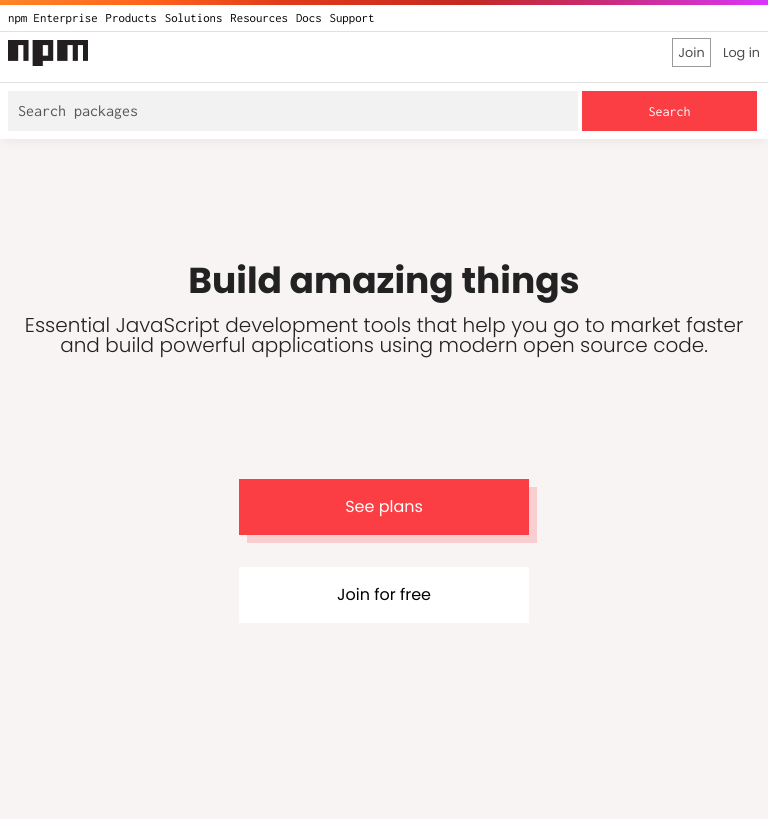
Repository: MarilynCuore/Ejercicico4
Page: index.html
An editor plug-in stored every save of this project. The page is shown before and after the next save, followed by the edit.
The browser window is 768 px wide. The pictures show the part of the page from y = 0 to 819 px (the page is 2456 px tall).
Pictures or frames that could not be fetched are drawn as grey boxes. The style sheet was rebuilt from its Sass, Less or Tailwind sources for each picture, by a compiler version that may differ from the author's.

Above is the page before, as saved 2019-05-24 18:22:57.

### index.html
<!DOCTYPE html>
<html lang="en">

<head>
    <meta charset="UTF-8">
    <meta name="viewport" content="width=device-width, initial-scale=1.0">
    <meta http-equiv="X-UA-Compatible" content="ie=edge">
    <title>Document</title>
    <link rel="stylesheet" href="./styles/styles.css">
    <link rel="stylesheet" href="./styles/reset.css">
</head>

<body>
    <!-- Header -->
    <header>
        <!-- Gradient -->
        <div class="gradient"></div>
        <nav class="main-nav">
            <!-- Menu -->
            <div class="principal-nav">
                <ul>
                    <li>❤</li>
                    <li><a href="">NaN producing Misery</a></li>
                </ul>
                <ul>
                    <li><a href="">npm Enterprise</a></li>
                    <li><a href="">Products</a></li>
                    <li><a href="">Solutions</a></li>
                    <li><a href="">Resources</a></li>
                    <li><a href="">Docs</a></li>
                    <li><a href="">Support</a></li>
                </ul>
            </div>
            <!-- Menu 2-->
            <div class="second-nav">
                <div class="logo">
                    <a href="">
                        <img src="./src/npmlogo.png" alt="">
                    </a>
                </div>
                <div class="login">
                    <a>Join</a>
                    <a>Log in</a>
                </div>
                <div class="search">
                    <input type="text" placeholder="Search packages">
                    <button>Search</button>
                </div>
            </div>
        </nav>
    </header>

    <!-- Section 1 -->
    <section class="principal-section">
        <div class="content-principal-section">
            <h1>Build amazing things</h1>
            <span>Essential JavaScript development tools that help you go to market faster and build powerful
                applications
                using modern open source code.</span>
        </div>
        <div class="action-principal-section">
            <a href="">See plans</a>
            <a href="">Join for free</a>
        </div>
    </section>

    <!-- Section 2 -->
    <section class="second-section">
        <div class="bg-image"></div>
        <div class="text-conten-second-section">
            <h2>Bring the best of open source to your company</h2>
            <p>npm is the tool used by over 11,000,000 JavaScript developers around the world. Your developers already
                use it. Your company depends on it. Create an Org and get more out of the tools your team already knows
                and loves.</p>
        </div>
    </section>

    <!-- Section 3 -->
    <div class="third-section">
        <article>
            <img src="https://static.npmjs.com/attachments/cjsdu28lz00nmph74dpr1pju0-zero-configuration.svg" alt="">
            <h3>Zero configuration</h3>
            <p>Create an org, add your team, and start collaborating. Nothing to configure, set up, or manage.</p>
        </article>
        <article>
            <img src="https://static.npmjs.com/attachments/cjsdu28r921djsp74bnt4i9t5-team-management.svg" alt="">
            <h3>Team management</h3>
            <p>Control who has access to what modules within your team namespace using straightforward team management
                capabilities.</p>
        </article>
        <article>
            <img src="https://static.npmjs.com/attachments/cjsdu27ac21d4u674dz9uoaoq-feature-parity.svg" alt="">
            <h3>Familiar features</h3>
            <p>npm Orgs has 100% parity with all the public npm registry features your developers already use.</p>
        </article>
        <article>
            <img src="https://static.npmjs.com/attachments/cjsdu28xd21her174xt02voit-npm-audit.svg" alt="">
            <h3>npm audit</h3>
            <p>Enjoy the security auditing features built into the npm client, a zero-friction way to make open source
                software safer.</p>
        </article>
        <div class="actions">
            <a href="">Create an Org</a>
        </div>

    </div>
</body>

</html>

### styles/styles.scss
/* Fonts */
@import url("https://fonts.googleapis.com/css?family=Poppins:500,700&display=swap");
@import url("https://fonts.googleapis.com/css?family=Inconsolata:400,700&display=swap");
@import url("https://fonts.googleapis.com/css?family=Poppins:300&display=swap");
@import url("https://fonts.googleapis.com/css?family=Poppins&display=swap");
/* Variable */

/* Fonts */
$font: "Inconsolata", monospace;
$font2: "Poppins", sans-serif;
/* Colors */
$pink: #fb3e44;
$lighter-grey: rgba(0, 0, 0, 0.05);
$grey: rgba(0, 0, 0, 0.7);
$grey-background: rgba(232, 217, 217, 0.3);
$yellow: rgba(255, 204, 53, 0.4);

/* all Inputs */
::-webkit-input-placeholder {
  color: #555;
  font-family: $font;
  padding-left: 0.5rem;
}
::-moz-placeholder {
  color: #555;
  font-family: $font;
  padding-left: 0.5rem;
} /* firefox 19+ */
:-ms-input-placeholder {
  color: #555;
  font-family: $font;
  padding-left: 0.5rem;
} /* ie */
input:-moz-placeholder {
  color: #555;
  font-family: $font;
  padding-left: 0.5rem;
}
/* Mobile Version */
header {
  overflow: hidden;
  box-shadow: 0 4px 13px -3px rgba(0, 0, 0, 0.10196);
  /* Gradient */
  .gradient {
    width: 100vw;
    height: 5px;
    background: rgba(255, 134, 41, 1);
    background: -moz-linear-gradient(
      left,
      rgba(255, 134, 41, 1) 0%,
      rgba(255, 98, 26, 1) 20%,
      rgba(224, 59, 26, 1) 37%,
      rgba(214, 52, 29, 1) 46%,
      rgba(196, 41, 33, 1) 61%,
      rgba(201, 44, 122, 1) 79%,
      rgba(216, 54, 252, 1) 100%
    );
    background: -webkit-gradient(
      left top,
      right top,
      color-stop(0%, rgba(255, 134, 41, 1)),
      color-stop(20%, rgba(255, 98, 26, 1)),
      color-stop(37%, rgba(224, 59, 26, 1)),
      color-stop(46%, rgba(214, 52, 29, 1)),
      color-stop(61%, rgba(196, 41, 33, 1)),
      color-stop(79%, rgba(201, 44, 122, 1)),
      color-stop(100%, rgba(216, 54, 252, 1))
    );
    background: -webkit-linear-gradient(
      left,
      rgba(255, 134, 41, 1) 0%,
      rgba(255, 98, 26, 1) 20%,
      rgba(224, 59, 26, 1) 37%,
      rgba(214, 52, 29, 1) 46%,
      rgba(196, 41, 33, 1) 61%,
      rgba(201, 44, 122, 1) 79%,
      rgba(216, 54, 252, 1) 100%
    );
    background: -o-linear-gradient(
      left,
      rgba(255, 134, 41, 1) 0%,
      rgba(255, 98, 26, 1) 20%,
      rgba(224, 59, 26, 1) 37%,
      rgba(214, 52, 29, 1) 46%,
      rgba(196, 41, 33, 1) 61%,
      rgba(201, 44, 122, 1) 79%,
      rgba(216, 54, 252, 1) 100%
    );
    background: -ms-linear-gradient(
      left,
      rgba(255, 134, 41, 1) 0%,
      rgba(255, 98, 26, 1) 20%,
      rgba(224, 59, 26, 1) 37%,
      rgba(214, 52, 29, 1) 46%,
      rgba(196, 41, 33, 1) 61%,
      rgba(201, 44, 122, 1) 79%,
      rgba(216, 54, 252, 1) 100%
    );
    background: linear-gradient(
      to right,
      rgba(255, 134, 41, 1) 0%,
      rgba(255, 98, 26, 1) 20%,
      rgba(224, 59, 26, 1) 37%,
      rgba(214, 52, 29, 1) 46%,
      rgba(196, 41, 33, 1) 61%,
      rgba(201, 44, 122, 1) 79%,
      rgba(216, 54, 252, 1) 100%
    );
    filter: progid:DXImageTransform.Microsoft.gradient( startColorstr='#ff8629', endColorstr='#d836fc', GradientType=1 );
  }
}

/* Main Nav */
.main-nav {
  display: flex;
  flex-direction: column;
  justify-content: center;
  background-color: white;
  /* Top  Nav */
  .principal-nav {
    display: flex;
    width: 100%;
    padding-left: 0.5rem;
    justify-content: space-between;
    padding-top: 0.25rem;
    padding-bottom: 0.4rem;
    border-bottom: solid 0.2px #e0e0e0;
    ul {
      display: flex;
      &:first-child {
        display: none;
      }
      li {
        flex-grow: 1;
        padding-right: 0.5rem;
        display: block;
        a {
          text-decoration: none;
          color: black;
          font-family: $font;
          font-weight: 500;
          text-decoration: none;
          font-size: 0.8rem;
        }
      }
    }
  }

  /* Second  Nav */
  .second-nav {
    display: flex;
    flex-wrap: wrap;
    .logo {
      width: 50%;
      padding-bottom: 1rem;
      a {
        img {
          padding-left: 0.5rem;
          padding-top: 0.5rem;
          width: 80px;
        }
      }
    }
    .login {
      width: 50%;
      font-family: $font2;
      color: $grey;
      text-align: right;
      padding-top: 0.7rem;
      a {
        padding-left: 0.5rem;
        font-size: 0.8rem;
        &:nth-of-type(1) {
          border: 1px solid #9a9a9a;
          padding: 5px;
        }
        &:nth-of-type(2) {
          padding-right: 0.5rem;
        }
      }
    }
    .search {
      border-top: solid 0.2px #e0e0e0;
      padding-left: 0.5rem;
      padding-top: 0.5rem;
      padding-bottom: 0.5rem;
      width: 100%;
      input {
        background-color: $lighter-grey;
        border: none;
        width: calc(100% - 25%);
        height: 40px;
        box-sizing: border-box;
      }
      button {
        width: 23%;
        background-color: $pink;
        border: none;
        color: white;
        height: 40px;
        box-sizing: border-box;
        font-family: $font;
        font-size: 0.875rem;
        padding-bottom: 0px;
      }
    }
  }
}

/* Principal Section */
.principal-section {
  background-color: $grey-background;
  height: calc(100vh - 120px);
  display: flex;
  flex-direction: column;
  align-items: center;
  .content-principal-section {
    display: flex;
    flex-direction: column;
    height: 50%;
    justify-content: center;
    text-align: center;
    max-width: 95%;
    h1 {
      font-size: 2.25rem;
      font-family: $font2;
      font-weight: bold;
      padding-bottom: 1rem;
    }
    span {
      font-family: $font2;
      font-size: 1.25rem;
      font-weight: 300;
    }
  }
  .action-principal-section {
    display: flex;
    flex-direction: column;
    justify-content: center;
    a {
      padding: 20px;
      min-width: 250px;
      text-align: center;
      font-family: $font2;
      &:nth-of-type(1) {
        background-color: $pink;
        box-shadow: 8px 8px 0 rgba(251, 59, 73, 0.2);
        color: white;
        text-decoration: none;
        margin-bottom: 2rem;
      }
      &:nth-of-type(2) {
        background-color: white;
        text-decoration: none;
        color: black;
      }
    }
  }
}
/* Second Section */
.second-section {
  height: 100vh;
  .bg-image {
    height: 50vh;
    background-image: url("https://static.npmjs.com/attachments/cjsdu27d721czsp74i05n4iey-best-open.svg");
    background-repeat: no-repeat;
    background-size: 50%;
    background-position: center;
  }
  .text-conten-second-section {
    max-width: 95%;
    height: 50vh;
    text-align: center;
    h2 {
      text-decoration: underline;
      text-decoration-color: $yellow;
      font-family: $font;
      font-weight: bold;
      font-size: 2.25rem;
      padding-bottom: 2rem;
    }
    p {
      font-size: 1rem;
      line-height: 1.5;
      font-family: $font;
    }
  }
}

/* Third Section */
.third-section {
  margin: 0 auto;
  max-width: 80%;
  article {
    img {
      width: 32px;
    }
    h3 {
      font-size: 1rem;
      margin-top: 1rem;
      font-family: $font2;
      color: $pink;
      margin-bottom: 700;
      font-weight: bold;
      padding-bottom: 1.5rem;
    }
    p {
      color: #333;
      font-family: $font2;
      font-weight: 400;
      line-height: 1.5;
      font-size: 0.9rem;
      margin-bottom: 4rem;
    }
  }
  .actions {
    width: 100%;
    display: flex;
    justify-content: center;

    a {
      margin-top: 2rem;
      font-size: 1rem;
      color: white;
      background: black;
      min-width: 250px;
      font-family: $font2;
      font-weight: bold;
      text-decoration: none;
      padding: 20px;
      text-align: center;
      box-shadow: 8px 8px 0 rgba(128, 83, 35, 0.2);
    }
  }
}

Loaded but not shown: styles/reset.css (common file)

After the next save:
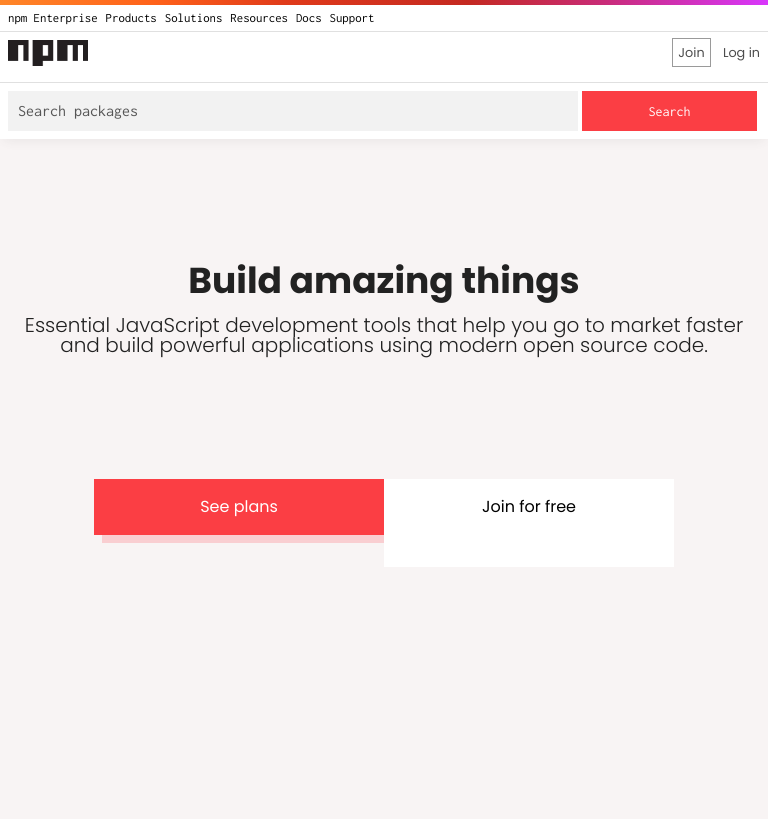
Saved 2 h 32 min later.
--- a/styles/styles.scss
+++ b/styles/styles.scss
@@ -235,7 +235,7 @@
   }
   .action-principal-section {
     display: flex;
-    flex-direction: column;
+    width:100%;
     justify-content: center;
     a {
       padding: 20px;
@@ -333,3 +333,7 @@
     }
   }
 }
+
+/*Media Query*/
+@media only screen and (max-width: 960px) {
+}
